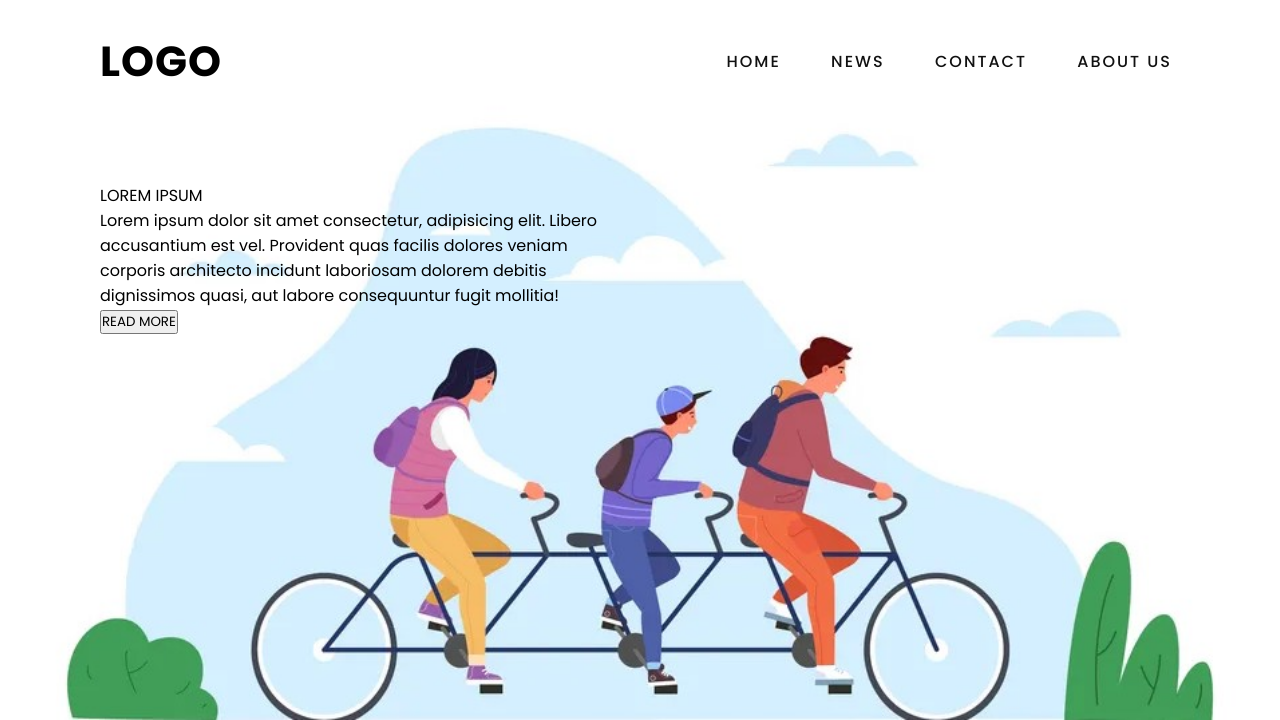
Repository: nganha241/1806
Page: index.html
An editor plug-in stored every save of this project. The page is shown before and after the next save, followed by the edit.
The browser window is 1280 px wide. The pictures show the whole page.

Above is the page before, as saved 2022-06-18 15:48:48.

After the next save:
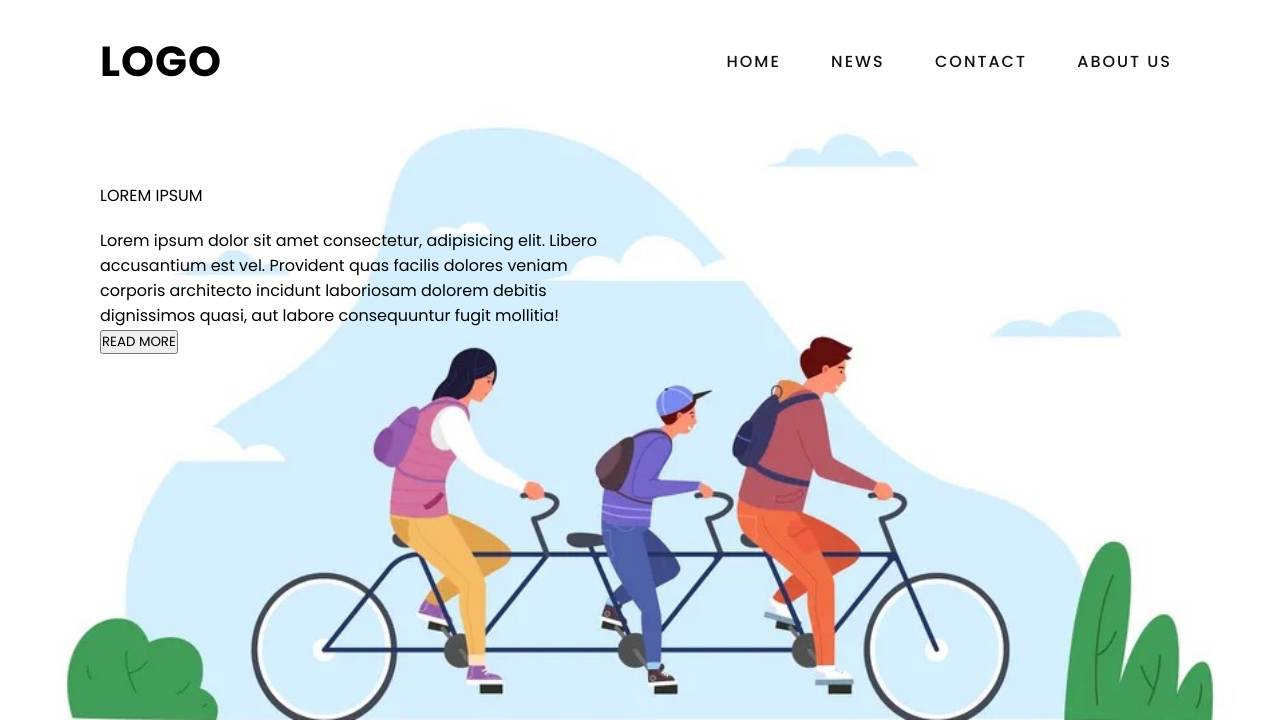
Saved 68 s later.
--- a/style.css
+++ b/style.css
@@ -66,3 +66,7 @@ section header {
     margin: 60px 100px;
     width: 40%;
 }
+
+.title {
+    margin-bottom: 20px;
+}
